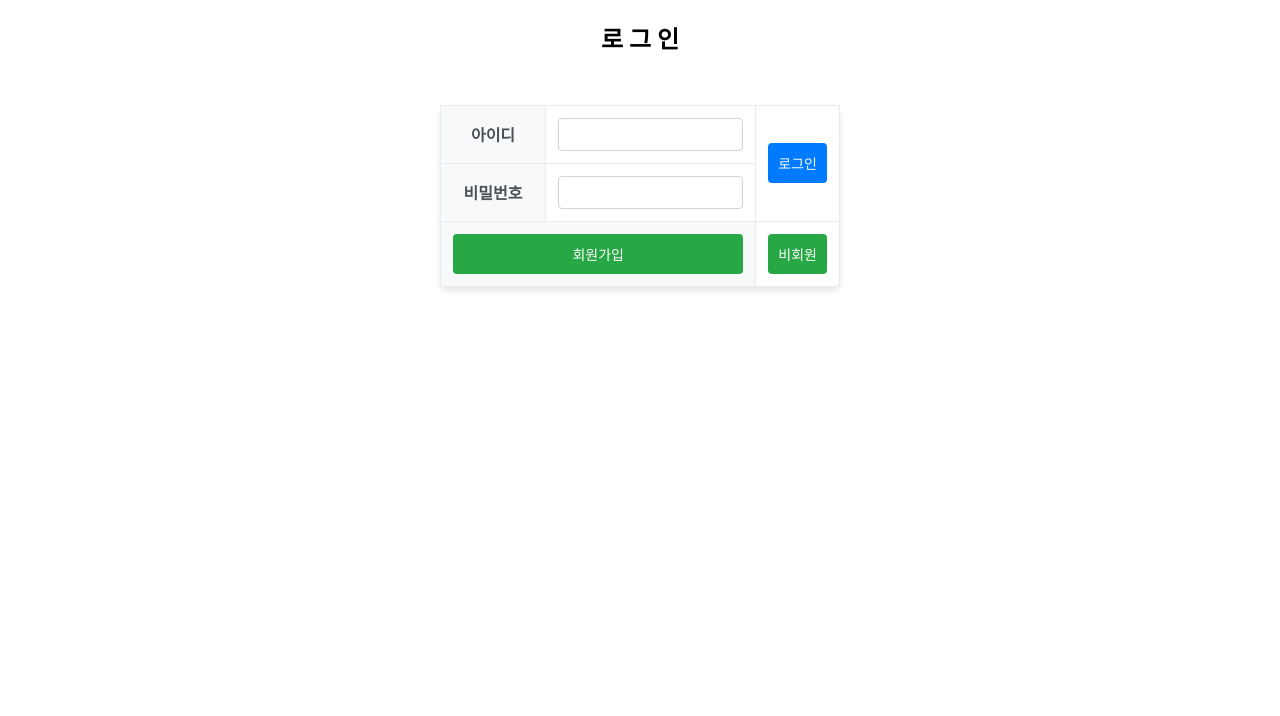
Repository: 1plus1equals3-true/Board-temp
Page: http://localhost/jsp/member/Login.jsp
An editor plug-in stored every save of this project. The page is shown before and after the next save, followed by the edit.
The browser window is 1280 px wide. The pictures show the whole page.
The page is served by Tomcat 9. Other server files are loaded and not shown.

Above is the page before, as saved 2025-09-10 07:57:00.

### jsp/src/main/webapp/member/Login.jsp
<%@ page language="java" contentType="text/html; charset=UTF-8"
    pageEncoding="UTF-8"%>
<%@ page import="java.util.Date" %>
<%@ page import="java.text.SimpleDateFormat" %>
<!DOCTYPE html>
<html>
<head>
<meta charset="UTF-8">
<title>로그인</title>
<style>
.login-form {
    display: flex;
    justify-content: center;
    align-items: center;
    margin: 50px auto;
}

.login-form table {
    width: 100%;
    max-width: 400px;
    border-collapse: collapse;
    background-color: #fff;
    border: 1px solid #dee2e6;
    border-radius: 8px;
    box-shadow: 0 4px 6px rgba(0, 0, 0, 0.1);
}

.login-form td {
    padding: 12px;
    border: 1px solid #e9ecef;
    text-align: left;
}

.login-form tr td:first-child {
    background-color: #f8f9fa;
    font-weight: bold;
    color: #495057;
    text-align: center;
    width: 80px;
}

.login-form input[type="text"],
.login-form input[type="password"] {
    width: 100%;
    padding: 8px 10px;
    border: 1px solid #ced4da;
    border-radius: 4px;
    box-sizing: border-box;
}

.login-form input[type="submit"],
.login-form .btn-join {
    width: 100%;
    padding: 10px;
    border: none;
    border-radius: 4px;
    font-size: 14px;
    cursor: pointer;
    transition: background-color 0.3s ease;
    box-sizing: border-box;
}

.login-form input[type="submit"] {
    background-color: #007bff;
    color: white;
    height: 100%;
}

.login-form input[type="submit"]:hover {
    background-color: #0056b3;
}

.login-form .btn-join {
    background-color: #28a745;
    color: white;
}

.login-form .btn-join:hover {
    background-color: #218838;
}

.login-form a {
    text-decoration: none;
    display: block;
    height: 100%;
}
</style>
</head>
<body>

	<h2 style="text-align: center;">로 그 인</h2>

	<form action="Login_proc.jsp" method="post" class="login-form">
		<table>

		<tr>
		<td>아이디</td>
		<td><input type="text" name="loginid"></td>
		<td rowspan="2">
			<input type="submit" value="로그인">
		</td>
		</tr>

		<tr>
		<td>비밀번호</td>
		<td><input type="password" name="loginpass"></td>
		</tr>

		<tr>

		<td colspan="2"><a href="Join.jsp"><button type="button" class="btn-join">회원가입</button></a></td>
		<td><a href="../board/list.jsp"><button type="button" class="btn-join">비회원</button></a></td>

		</tr>

		</table>
	</form>
</body>
</html>

After the next save:
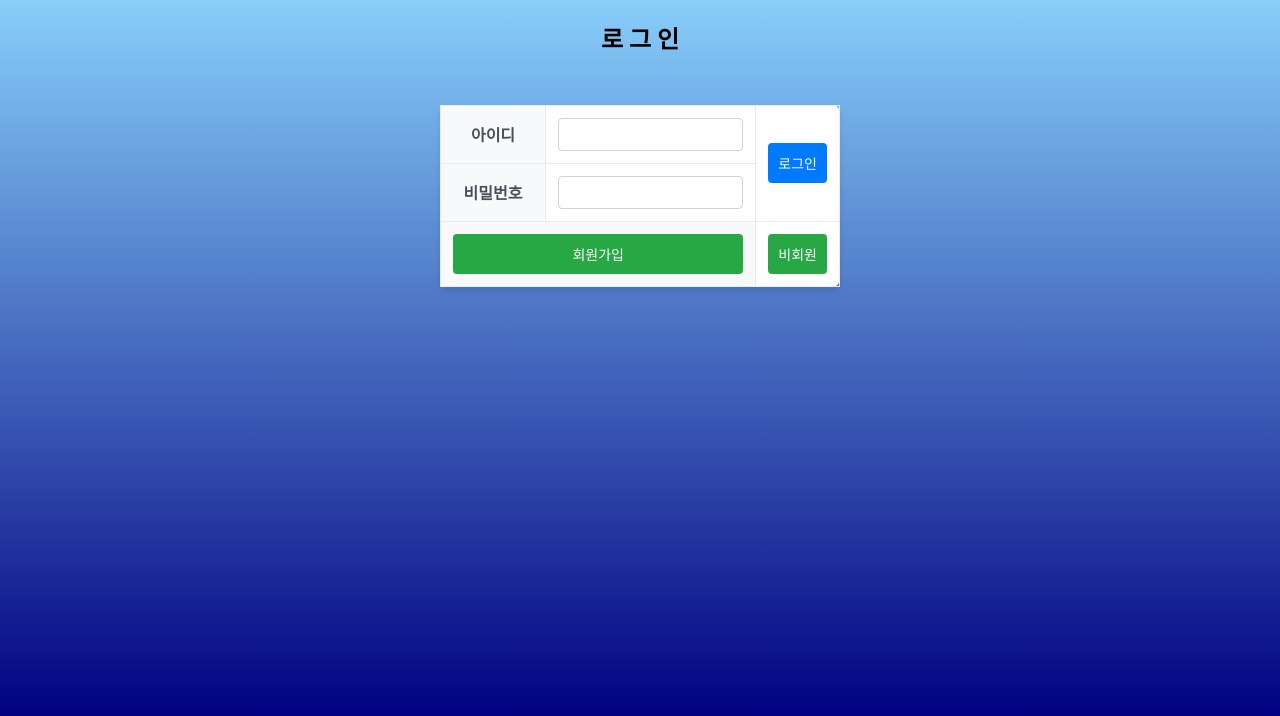
Saved 4 min 35 s later.
--- a/jsp/src/main/webapp/member/Login.jsp
+++ b/jsp/src/main/webapp/member/Login.jsp
@@ -8,6 +8,14 @@
 <meta charset="UTF-8">
 <title>로그인</title>
 <style>
+body {
+  /* 그라데이션 방향: 위에서 아래로 */
+  background: linear-gradient(to bottom, #87CEFA, #000080);
+  /* 그라데이션 색상: 연한 파랑(#87CEFA)에서 진한 남색(#000080)으로 */
+
+  /* 그라데이션이 페이지 전체를 꽉 채우도록 설정 */
+  background-attachment: fixed;
+}
 .login-form {
     display: flex;
     justify-content: center;
